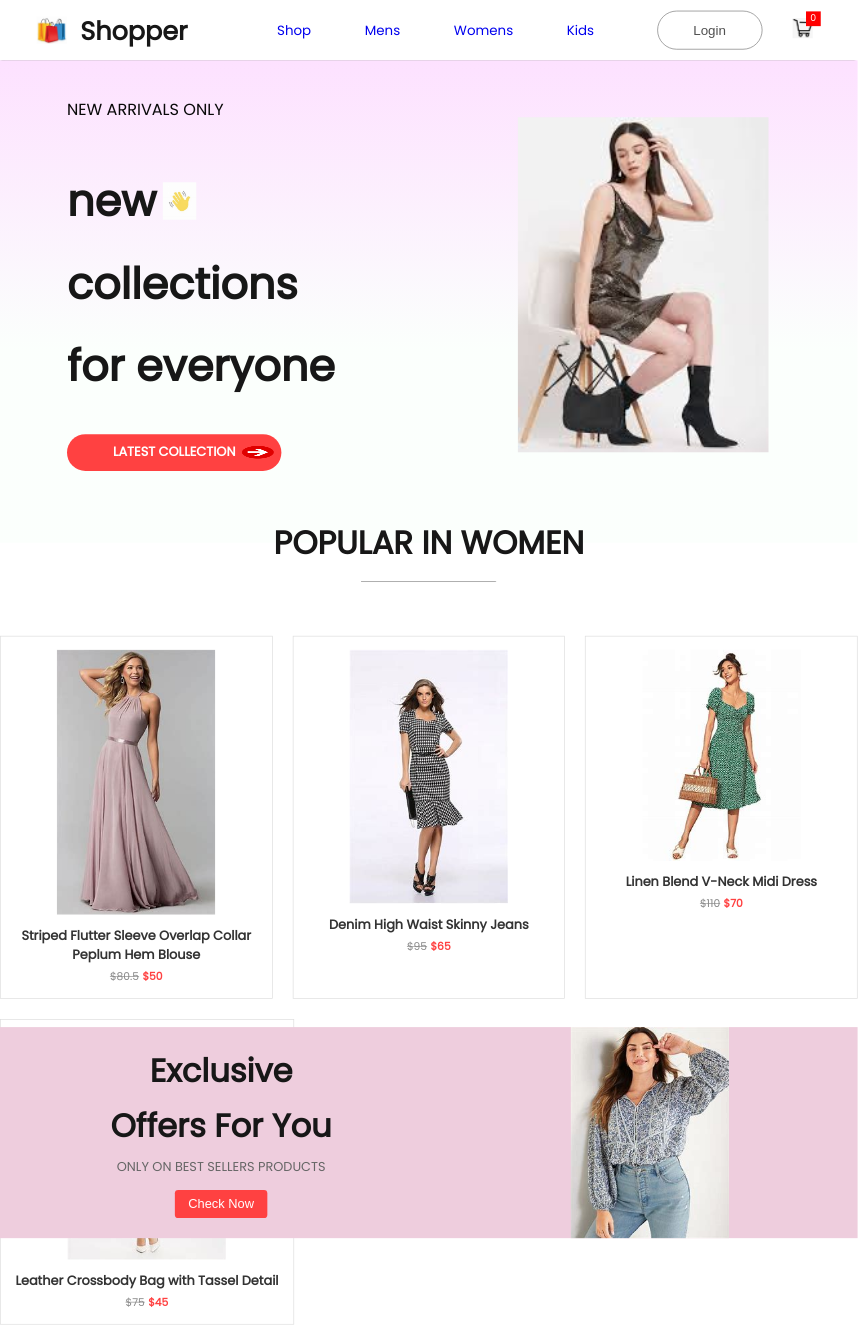
Repository: sshaiv/Shoppie_EcommerceAPP
Page: /
The author's editor kept a copy of each file at every save. The page is drawn from the files as they stood at one save, then again after a run of saves.
The browser window is 1280 px wide. The pictures show the whole page, at 67% of full size.
The project was rebuilt for these pictures with package versions that can differ from the ones it lists, and the page was loaded fresh each time. Also part of the build but not shown: src/App.css, src/Components/Pages/ShopCategory.jsx, src/Components/Pages/Product.jsx, src/Components/Pages/Cart.jsx, src/Components/Pages/LoginSignup.jsx.

Above is the page before, as saved 2024-07-16 18:43:29.

After the next 3 saves:
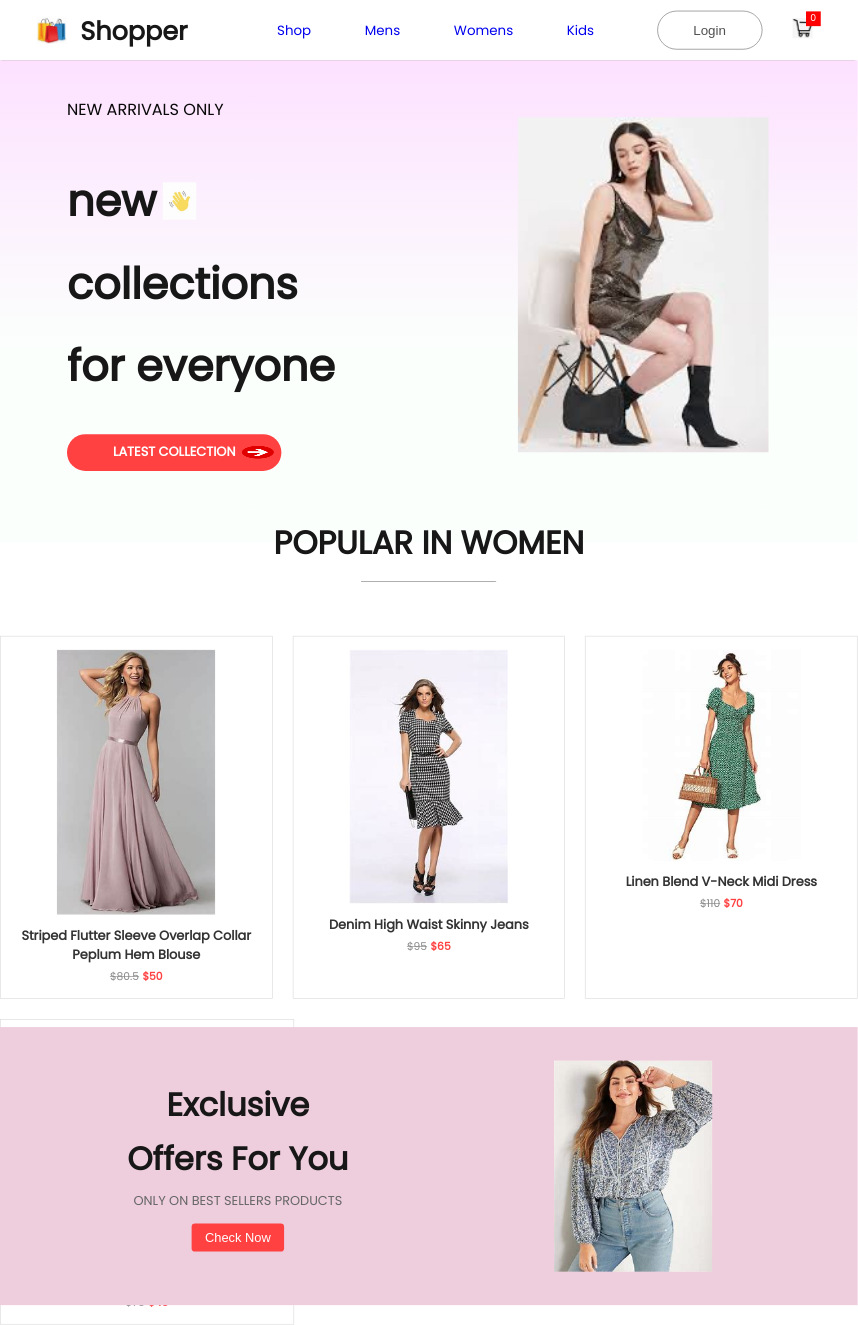
The 3 saves are shown as one change because they came seconds apart.
The last was saved 19 s later.
--- a/src/Components/Offers/Offers.css
+++ b/src/Components/Offers/Offers.css
@@ -6,6 +6,7 @@
     position: relative;
     top: 25px;
     background-color: rgb(238, 205, 221);
+    padding: 50px;
   }
 
   .offers-left {
